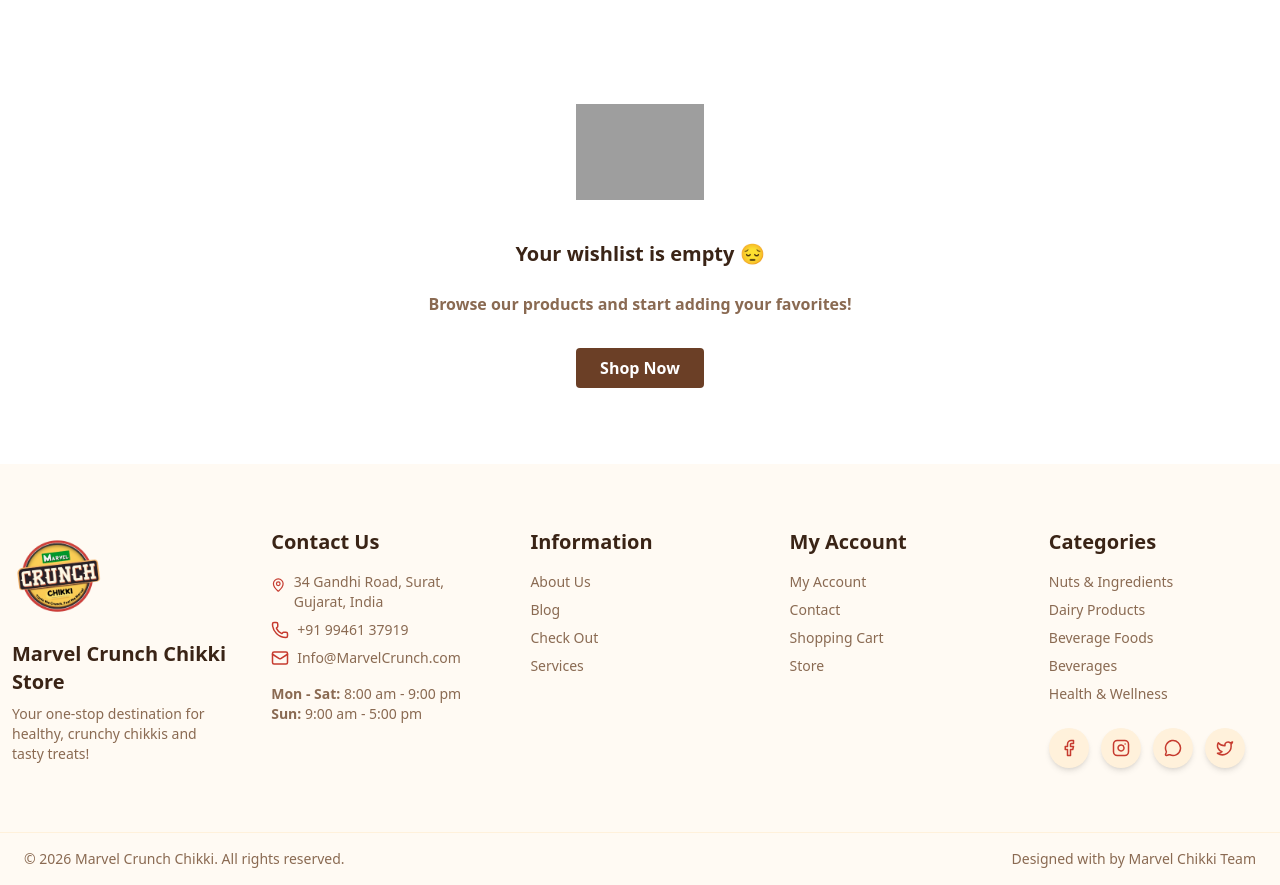
Repository: sita7411/sweet-website-frontend
Page: /wishlist (app in customer-website/)
The author's editor kept a copy of each file at every save. The page is drawn from the files as they stood at one save, then again after the next save.
The browser window is 1280 px wide. The pictures show the part of the page from y = 390 to 1275 px (the page is 1275 px tall).
Pictures or frames that could not be fetched are drawn as grey boxes. The project was rebuilt for these pictures with package versions that can differ from the ones it lists, and the page was loaded fresh each time. Also part of the build but not shown: customer-website/vite.config.js, customer-website/src/components/Herosection/Herosection.jsx, customer-website/src/components/FeaturesSection/FeaturesSection.jsx, customer-website/src/components/PopularItems/PopularItems.jsx, customer-website/src/components/AboutUs/AboutUs.jsx, customer-website/src/components/BestsellerSection/BestsellerSection.jsx, customer-website/src/components/OfferSection/OfferSection.jsx, customer-website/src/components/TestimonialsSection/TestimonialsSection.jsx and 5 more.

Above is the page before, as saved 2026-01-02 09:59:37.

After the next save:
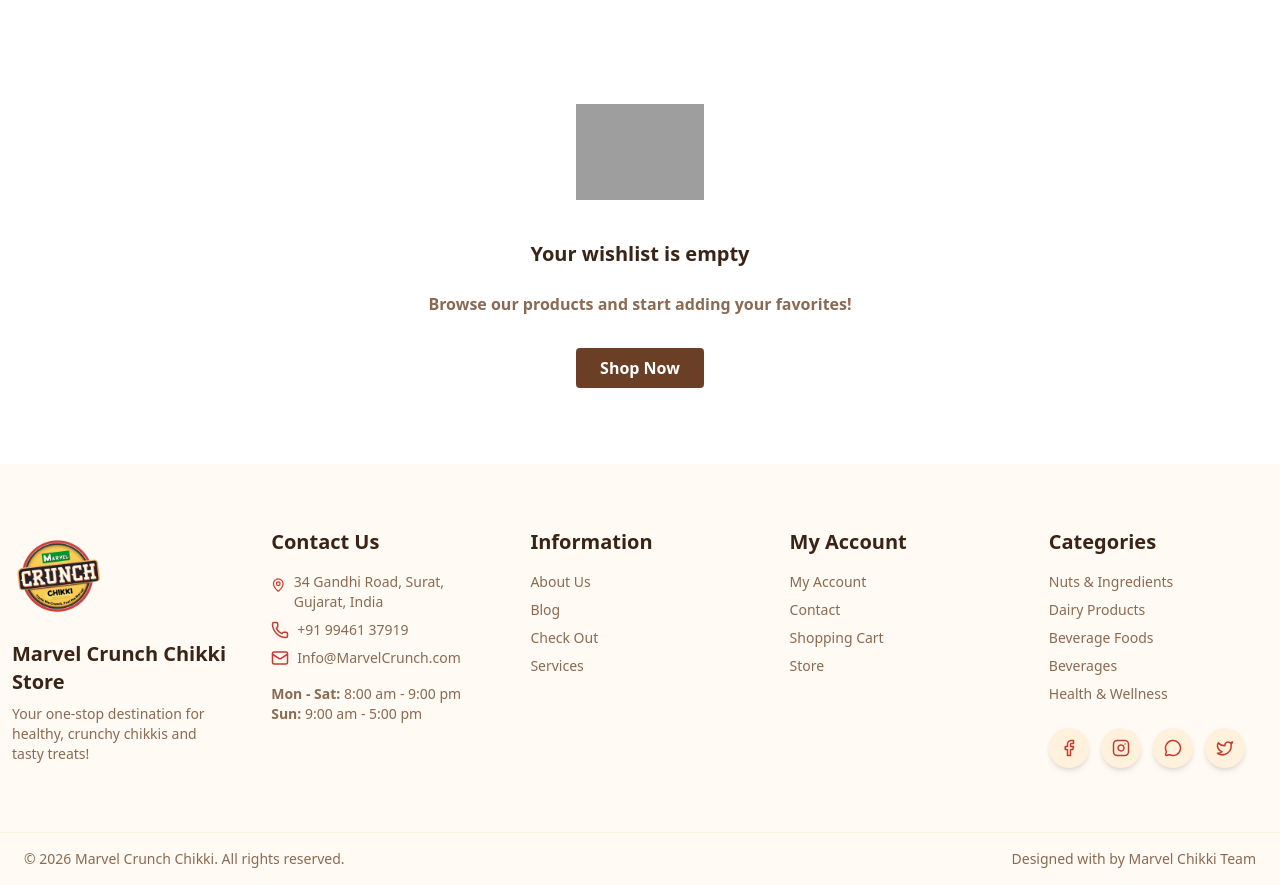
Saved 17 s later.
--- a/customer-website/src/pages/Wishlist.jsx
+++ b/customer-website/src/pages/Wishlist.jsx
@@ -111,7 +111,7 @@
 
                         {/* Main Message */}
                         <p className="text-lg md:text-xl font-semibold text-[var(--text-main)]">
-                            Your wishlist is empty 😔
+                            Your wishlist is empty
                         </p>
 
                         {/* Sub Message */}
